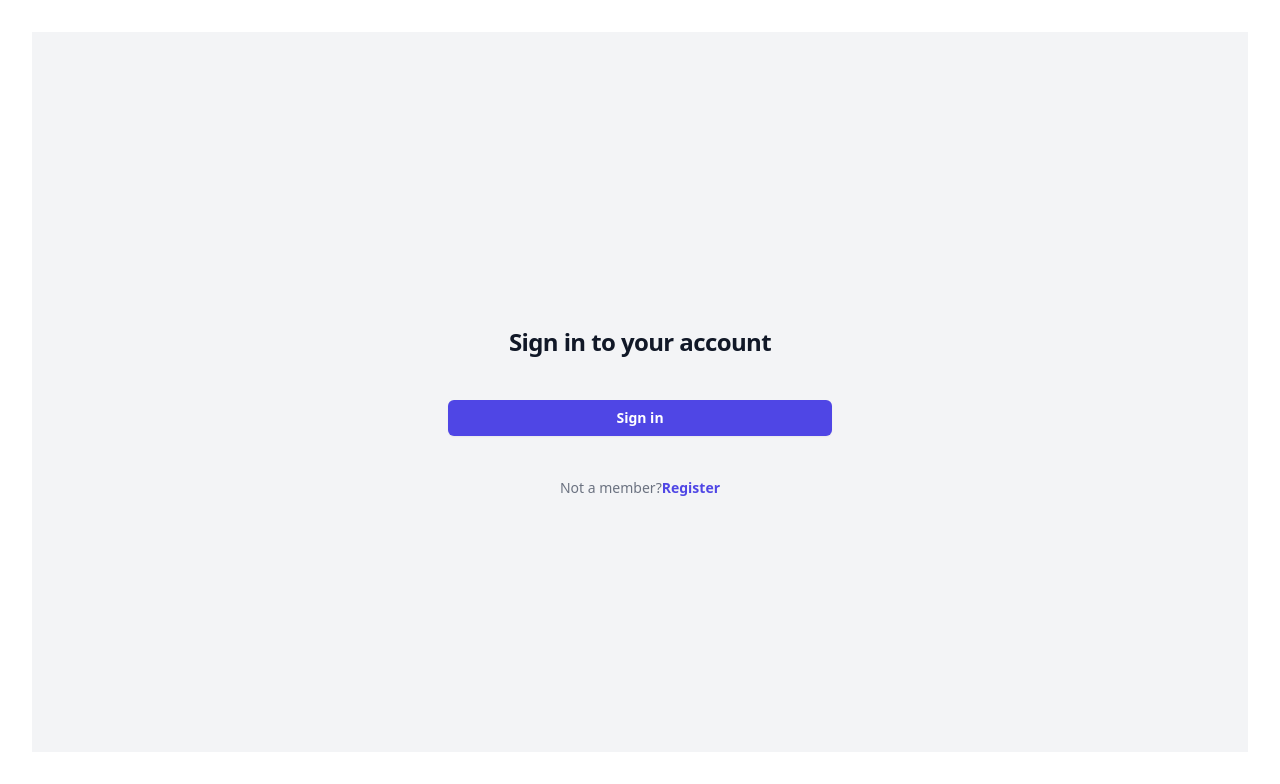
Repository: Wafaabahgat/Formik_React
Page: /
The author's editor kept a copy of each file at every save. The page is drawn from the files as they stood at one save, then again after a run of saves.
The browser window is 1280 px wide. The pictures show the whole page.
The project was rebuilt for these pictures with package versions that can differ from the ones it lists, and the page was loaded fresh each time. Also part of the build but not shown: vite.config.ts.

Above is the page before, as saved 2024-02-13 21:01:02.

### src/App.tsx
// App.tsx
import React from "react";
import RegistrationForm from "./components/RegistrationForm";
import "./App.css";

const App: React.FC = () => {
  return (
    <div className="min-h-screen flex items-center justify-center bg-gray-100">
      <RegistrationForm />
    </div>
  );
};

export default App;

### src/components/RegistrationForm.jsx
// RegistrationForm.js
import React from "react";
// import { useFormik } from "formik";
// import * as Yup from "yup";

const RegistrationForm = () => {
  // const formik = useFormik({
  // initialValues: {
  // username: "",
  // password: "",
  // email: "",
  // },
  // validationSchema: Yup.object({
  // username: Yup.string()
  // .min(8, "Username must be at least 8 characters")
  // .max(20, "Username must be at most 20 characters")
  // .required("Username is required"),
  // password: Yup.string()
  // .min(8, "Password must be at least 8 characters")
  // .max(20, "Password must be at most 20 characters")
  // .matches(
  // /^(?=.*\d)(?=.*[a-z])(?=.*[A-Z])(?=.*[@#$%]).*$/,
  // "Password must meet the criteria"
  // )
  // .required("Password is required"),
  // email: Yup.string()
  // .email("Invalid email address")
  // .required("Email is required"),
  // }),
  // onSubmit: (values) => {
  // Handle form submission
  // console.log(values);
  // },
  // });

  return (
    <div className="flex min-h-full flex-1 flex-col justify-center px-6 py-12 lg:px-8">
      <div className="sm:mx-auto sm:w-full sm:max-w-sm">
        <h2 className="mt-10 text-center text-2xl font-bold leading-9 tracking-tight text-gray-900">
          Sign in to your account
        </h2>
      </div>

      <div className="mt-10 sm:mx-auto sm:w-full sm:max-w-sm">
        <form className="space-y-6" action="#" method="POST">


















          <div>
            <button
              type="submit"
              className="flex w-full justify-center rounded-md bg-indigo-600 px-3 py-1.5 text-sm font-semibold leading-6 text-white shadow-sm hover:bg-indigo-500 focus-visible:outline focus-visible:outline-2 focus-visible:outline-offset-2 focus-visible:outline-indigo-600"
            >
              Sign in
            </button>
          </div>
        </form>

        <p className="mt-10 text-center text-sm text-gray-500">
          Not a member?
          <a
            href="#"
            className="font-semibold leading-6 text-indigo-600 hover:text-indigo-500"
          >
            Register
          </a>
        </p>
      </div>
    </div>
  );
};

export default RegistrationForm;

### src/components/form.jsx
import React from "react";

const Form = ({ttl}) => {
  return (
    <div>
      <div className="flex items-center justify-between">
        <label
          htmlFor="password"
          className="block text-sm font-medium leading-6 text-gray-900"
        >
          {ttl}
        </label>
      </div>
      <div className="">
        <input
          id="password"
          name="password"
          type="password"
          autoComplete="current-password"
          required
          className="block w-full rounded-md border-0 py-1.5 text-gray-900 shadow-sm ring-1 ring-inset ring-gray-300 placeholder:text-gray-400 focus:ring-2 focus:ring-inset focus:ring-indigo-600 sm:text-sm sm:leading-6"
        />
      </div>
    </div>
  );
};

export default Form;

Loaded but not shown: index.html (common file); src/main.tsx (common file); src/App.css (common file); tailwind.config.js (common file)

After the next 5 saves:
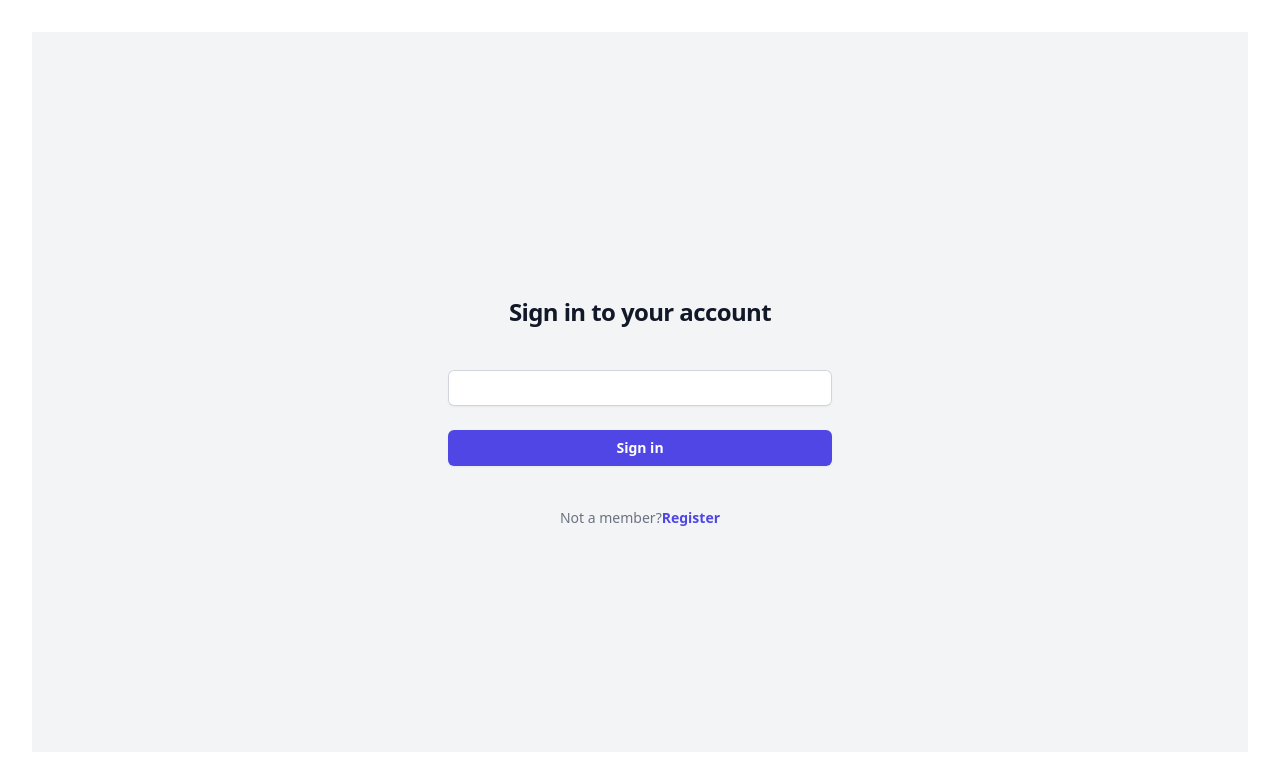
The 5 saves are shown as one change because they came seconds apart.
The last was saved 15 s later.
--- a/src/components/RegistrationForm.jsx
+++ b/src/components/RegistrationForm.jsx
@@ -1,5 +1,6 @@
 // RegistrationForm.js
 import React from "react";
+import Form from "./form";
 // import { useFormik } from "formik";
 // import * as Yup from "yup";
 
@@ -43,23 +44,7 @@ const RegistrationForm = () => {
 
       <div className="mt-10 sm:mx-auto sm:w-full sm:max-w-sm">
         <form className="space-y-6" action="#" method="POST">
-
-
-
-
-
-
-
-
-
-
-
-
-
-
-
-
-
+          <Form />
 
           <div>
             <button
